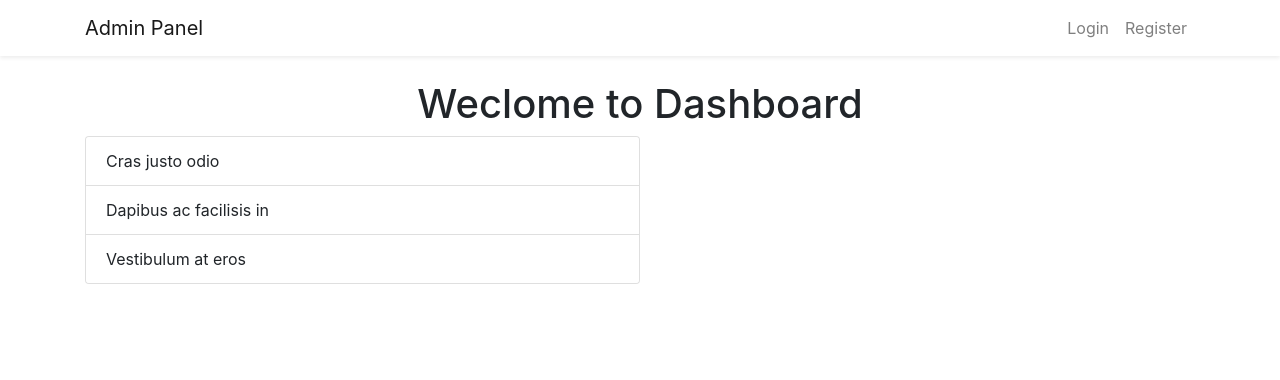
Repository: mohamedelbadawi/Simple-galley-using-laravel
Page: http://localhost/admin/dashboard
These files come from the project's save history. The page is drawn as it stood at one moment and after the next save; the edit follows.
The browser window is 1280 px wide. The pictures show the whole page.
The page is served by the project's Laravel application, run on PHP 8.4 with Laravel 8.

Above is the page before, as saved 2021-09-01 11:54:30.

After the next save:
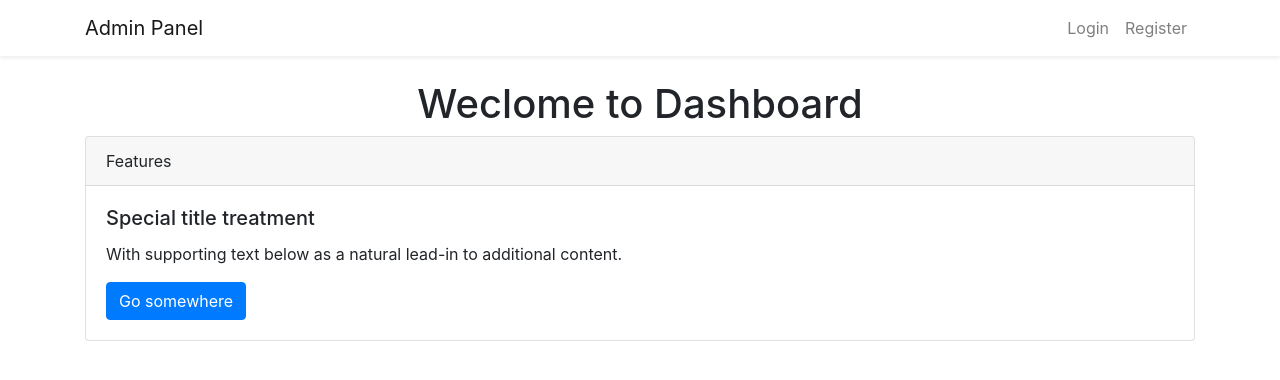
Saved 49 s later.
--- a/Gallery/resources/views/admin/Dashboard.blade.php
+++ b/Gallery/resources/views/admin/Dashboard.blade.php
@@ -5,12 +5,15 @@
     <div class="container">
         <h1 class="text-center">Weclome to Dashboard</h1>
 
-        <div class="card" style="width: 50%">
-            <ul class="list-group list-group-flush">
-                <li class="list-group-item">Cras justo odio</li>
-                <li class="list-group-item">Dapibus ac facilisis in</li>
-                <li class="list-group-item">Vestibulum at eros</li>
-            </ul>
+        <div class="card">
+            <div class="card-header">
+                Features
+            </div>
+            <div class="card-body">
+                <h5 class="card-title">Special title treatment</h5>
+                <p class="card-text">With supporting text below as a natural lead-in to additional content.</p>
+                <a href="#" class="btn btn-primary">Go somewhere</a>
+            </div>
         </div>
 
     </div>
